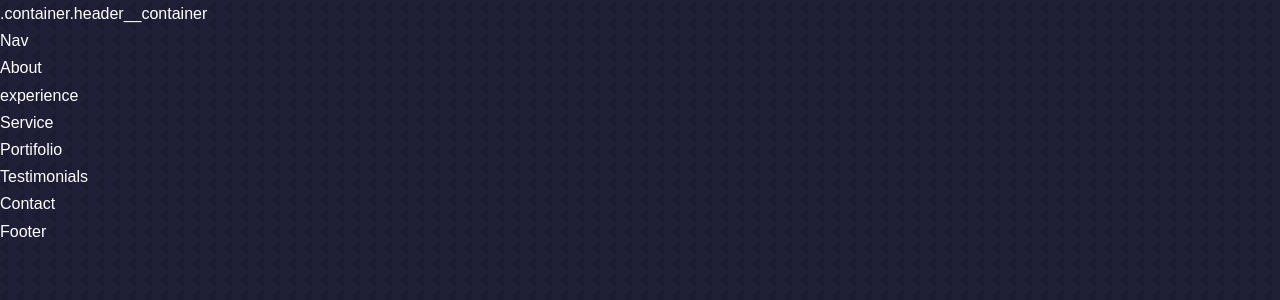
Repository: YuriSarmanho/Portifolio-
Page: / (app in portifolio/)
The author's editor kept a copy of each file at every save. The page is drawn from the files as they stood at one save, then again after a run of saves.
The browser window is 1280 px wide. The pictures show the whole page.
The project was rebuilt for these pictures with package versions that can differ from the ones it lists, and the page was loaded fresh each time. Also part of the build but not shown: portifolio/src/Components/Header/Header.css.

Above is the page before, as saved 2022-05-11 16:01:48.

### portifolio/public/index.html
<!DOCTYPE html>
<html lang="pt-br">
<head>
    <meta charset="UTF-8">
    <meta http-equiv="X-UA-Compatible" content="IE=edge">
    <meta name="viewport" content="width=device-width, initial-scale=1.0">
    <title>Yuri Sarmanho Monteiro</title>
</head>
<body>
    <div id="root"></div>
</body>
</html>

### portifolio/src/index.js
import ReactDOM from 'react-dom'
import App from './App'

ReactDOM.render(<App/>, document.querySelector("#root"))

### portifolio/src/App.jsx
import React from "react";
import './index.css'

import Header from "./Components/Header/Header";
import About from "./Components/About/About";
import Contact from "./Components/Contact/Contact";
import Experience from "./Components/Experience/Experience";
import Footer from "./Components/Footer/Footer";
import Nav from "./Components/Nav/Nav";
import Testimonials from "./Components/Testimonials/Testimonials";
import Service from "./Components/Service/Service";
import Portifolio from "./Components/Portifolio/Portifolio";



const App = () => {
  return (
    <>
      <Header />
      <Nav/>
      <About />
      <Experience/>
      <Service/>
      <Portifolio/>
      <Testimonials/>
      <Contact/>
      <Footer/>
    </>
  );
};

export default App;

### portifolio/src/index.css
* {
  margin: 0;
  padding: 0;
  border: 0;
  outline: 0;
  box-sizing: border-box;
  list-style: none;
  text-decoration: none;
}
:root {
  --color-bg: #1f1f38;
  --color-bg-variant: #2c2c6c;
  --color-primary: #4db5ff;
  --color-primary-variant: rgba(77, 181, 255, 0.4);
  --color-white: #fff;
  --color-light: rgba(255, 255, 255, 0.6);

  --transition: all 400ms ease;

  --container-width-lg: 75%;
  --container-width-md: 86%;
  --container-width-sm: 90%;
}
html {
  scroll-behavior: smooth;
}
::-webkit-scrollbar {
  display: none;
}

body {
  font-family: "Poppins", sans-serif;
  background-color: var(--color-bg);
  color: var(--color-white);
  line-height: 1.7;
  background-image: url(../src/assets/bg-texture.png);
}

.container {
  width: var(--container-width-lg);
  margin: 0 auto;
}

h1,
h2,
h3,
h4,
h5 {
  font-weight: 500;
}
h1 {
  font-size: 2.5rem;
}
section {
  margin-top: 8rem;
}
section > h2,
section > h5 {
  text-align: center;
  color: var(--color-ligth);
}

section > h2 {
  color: var(--color-primary);
  margin-bottom: 3rem;
}

.text-light {
  color: var(--color-light);
}
a {
  color: var(--color-primary);
  transition: var(--transition);
}
a:hover{
    color: var(--color-white);
}
.btn{
    width: max-content;
    display: inline-block;
    color: var(--color-primary);
    padding: 0.75rem 1.2rem;
    border-radius: 0.4rem;
    cursor: pointer;
    border: 1px solid var(--color-primary);
    transition: var(--transition);
}

.btn:hover{
    background-color: var(--color-white);
    color: var(--color-bg);
    border: transparent;
}

.btn-primary{
    background-color: var(--color-primary);
    width: 100%;
     object-fit: cover;
}

/*MEDIUM DEVICE*/
@media screen and (max-width:1024px){
    .container{
        width: var(--container-width-md);
    }
    section{
        margin-top: 6rem;
    }
}

/*SMALL DEVICE*/
@media screen and (max-width:600px){
    .container{
        width: var(--container-width-sm);
    }
    section > h2{
        margin-bottom: 2rem;
    }
}

### portifolio/src/Components/Header/Header.jsx
import React from 'react'
import './Header.css'
const header = () => {
  return (
    <header>
      .container.header__container
    </header>
  )
}

export default header

### portifolio/src/Components/Experience/Experience.jsx
import React from 'react'

const experience = () => {
  return (
    <div>experience</div>
  )
}

export default experience

### portifolio/src/Components/Portifolio/Portifolio.jsx
import React from 'react'

const Portifolio = () => {
  return (
    <div>Portifolio</div>
  )
}

export default Portifolio

Loaded but not shown: portifolio/src/Components/About/About.jsx (common file); portifolio/src/Components/Contact/Contact.jsx (common file); portifolio/src/Components/Footer/Footer.jsx (common file); portifolio/src/Components/Nav/Nav.jsx (common file); portifolio/src/Components/Testimonials/Testimonials.jsx (common file); portifolio/src/Components/Service/Service.jsx (common file); portifolio/src/Components/Header/Header.css (no copy from this time; the picture is the same without it)

After the next 2 saves:
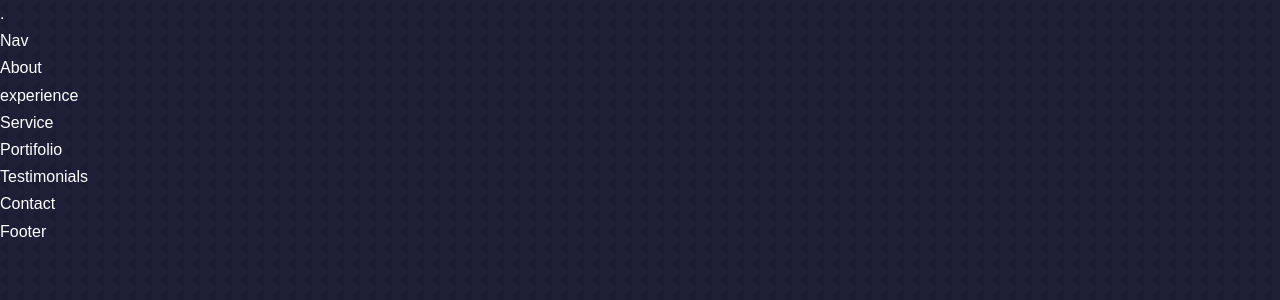
The 2 saves are shown as one change because they came seconds apart.
The last was saved 7 s later.
--- a/portifolio/src/Components/Header/Header.jsx
+++ b/portifolio/src/Components/Header/Header.jsx
@@ -3,7 +3,7 @@
 const header = () => {
   return (
     <header>
-      .container.header__container
+      .
     </header>
   )
 }
